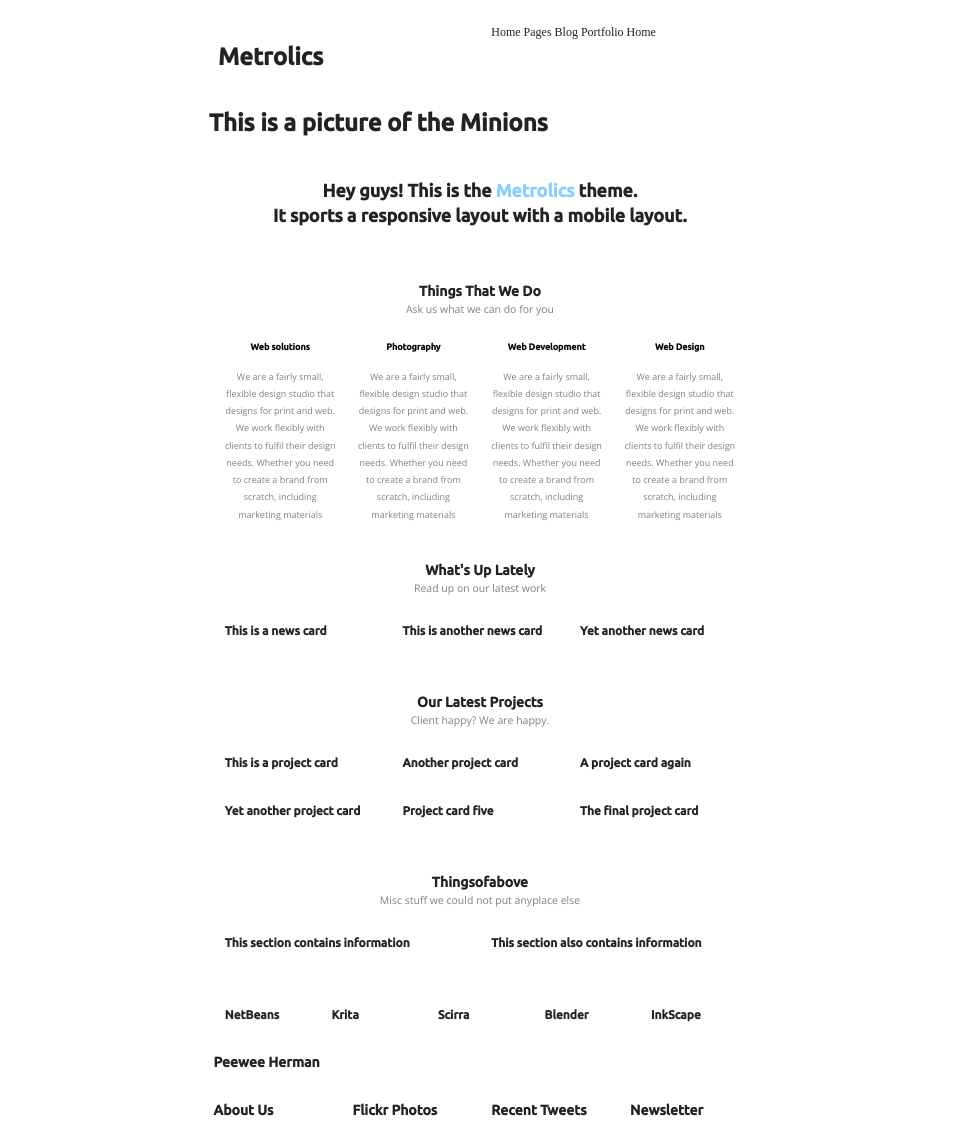
Repository: kennyharman/Marlowe_Kenny_Lab_02B
Page: index.html
The author's editor kept a copy of each file at every save. The page is drawn from the files as they stood at one save, then again after the next save.
The browser window is 1280 px wide. The pictures show the whole page, at 75% of full size.

Above is the page before, as saved 2024-02-05 16:21:07.

After the next save:
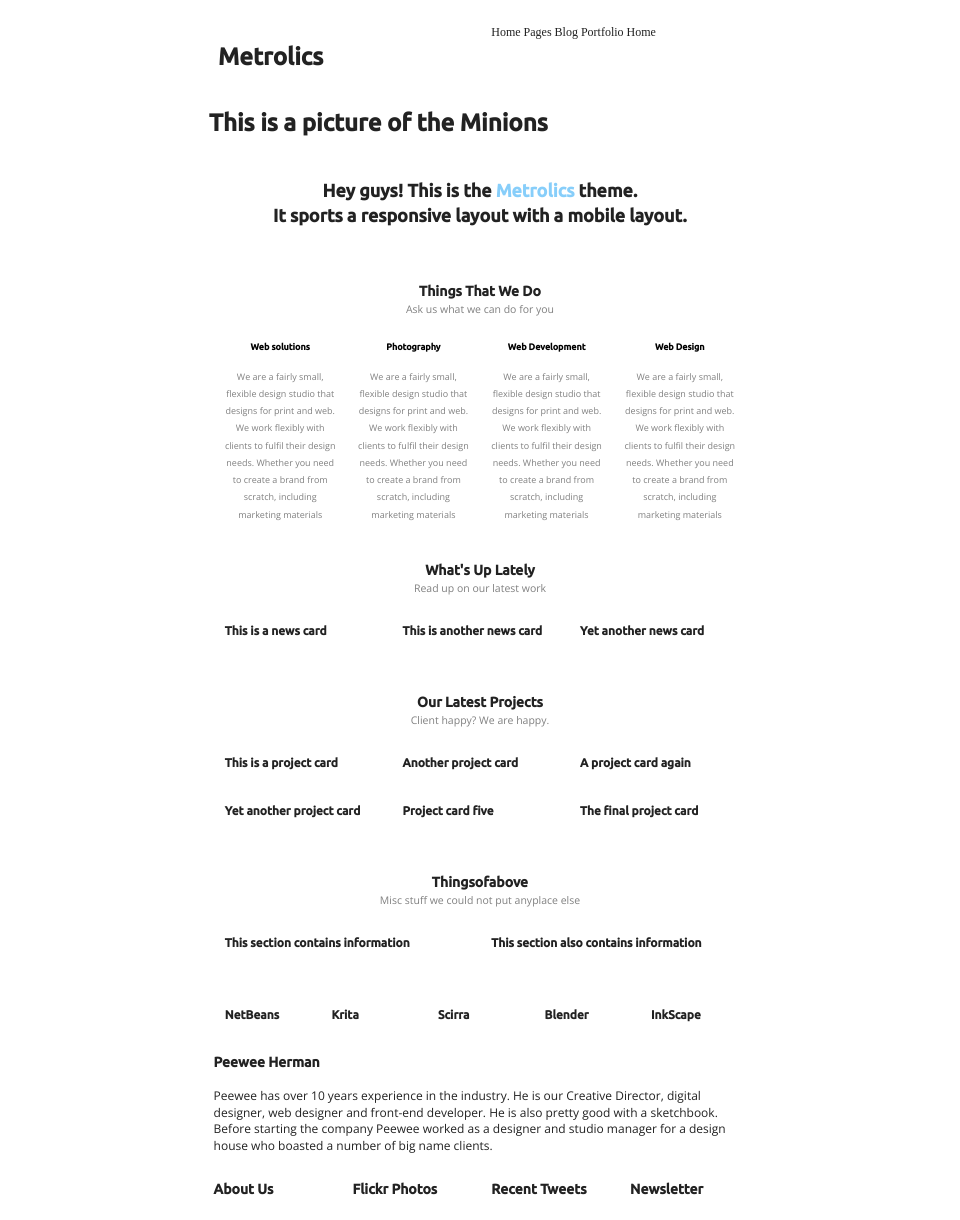
Saved 50 s later.
--- a/index.html
+++ b/index.html
@@ -163,6 +163,7 @@
   <div class="row m-col-2 l-col-4 footer">
     <div class="col m-row-span l-row-span footer-heading">
       <h3>Peewee Herman</h3>
+      <p>Peewee has over 10 years experience in the industry. He is our Creative Director, digital designer, web designer and front-end developer. He is also pretty good with a sketchbook. Before starting the company Peewee worked as a designer and studio manager for a design house who boasted a number of big name clients.</p>
     </div>
     <div class="col footer-item">
       <h3>About Us</h3>
